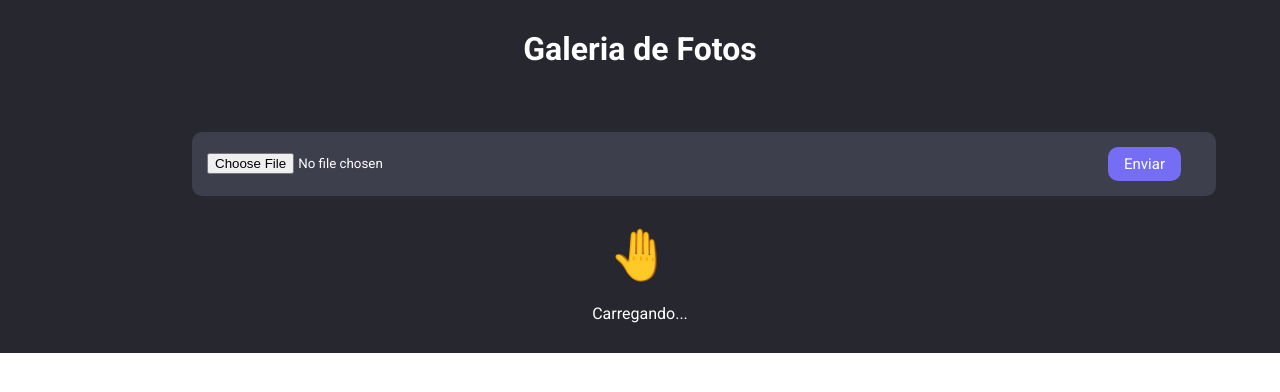
Repository: guilhermecardoso93/imagesapp
Page: /
These files come from the project's save history. The page is drawn as it stood at one moment and after the next save; the edit follows.
The browser window is 1280 px wide. The pictures show the whole page.
The page's requests for data from a server got no answer. The project was rebuilt for these pictures with package versions that can differ from the ones it lists, and the page was loaded fresh each time. No one was signed in, and anything a server would have sent is missing. Also part of the build but not shown: src/components/PhotoItem/styles.ts, src/components/PhotoItem/index.tsx.

Above is the page before, as saved 2022-11-14 20:12:29.

### public/index.html
<!DOCTYPE html>
<html lang="en">
  <head>
    <meta charset="utf-8" />
    <meta name="viewport" content="width=device-width, initial-scale=1" />
    <meta name="theme-color" content="#000000" />
    <meta
      name="description"
      content="Web site created using create-react-app"
      />
    <link rel="preconnect" href="https://fonts.googleapis.com">
    <link rel="preconnect" href="https://fonts.gstatic.com" crossorigin>
    <link
      href="https://fonts.googleapis.com/css2?family=Roboto:wght@400;500;700&display=swap"
      rel="stylesheet">
    <link rel="apple-touch-icon" href="%PUBLIC_URL%/logo192.png" />
    <!--
      manifest.json provides metadata used when your web app is installed on a
      user's mobile device or desktop. See https://developers.google.com/web/fundamentals/web-app-manifest/
    -->
    <link rel="manifest" href="%PUBLIC_URL%/manifest.json" />
    <!--
      Notice the use of %PUBLIC_URL% in the tags above.
      It will be replaced with the URL of the `public` folder during the build.
      Only files inside the `public` folder can be referenced from the HTML.

      Unlike "/favicon.ico" or "favicon.ico", "%PUBLIC_URL%/favicon.ico" will
      work correctly both with client-side routing and a non-root public URL.
      Learn how to configure a non-root public URL by running `npm run build`.
    -->
    <title>React App</title>
  </head>
  <body>
    <noscript>You need to enable JavaScript to run this app.</noscript>
    <div id="root"></div>
    <!--
      This HTML file is a template.
      If you open it directly in the browser, you will see an empty page.

      You can add webfonts, meta tags, or analytics to this file.
      The build step will place the bundled scripts into the <body> tag.

      To begin the development, run `npm start` or `yarn start`.
      To create a production bundle, use `npm run build` or `yarn build`.
    -->
  </body>
</html>

### src/index.tsx
import React from 'react';
import ReactDOM from 'react-dom/client';
import { App } from './App';
import reportWebVitals from './reportWebVitals';

import './global.css'

const root = ReactDOM.createRoot(
  document.getElementById('root') as HTMLElement
);
root.render(
  <React.StrictMode>
    <App />
  </React.StrictMode>
);

// If you want to start measuring performance in your app, pass a function
// to log results (for example: reportWebVitals(console.log))
// or send to an analytics endpoint. Learn more: https://bit.ly/CRA-vitals
reportWebVitals();

### src/App.tsx
import { FormEvent, useEffect, useState } from "react";
import { Area, Container, Header, ScreenWaring, PhotoList, UploadForm } from "./App.styles";
import { PhotoItem } from "./components/PhotoItem";
import * as Photos from "./services/photos";
import { PhotoTypes } from "./types/photoTypes";

export function App() {
  const [loading, setLoading] = useState(false);
  const [photos, setPhotos] = useState<PhotoTypes[]>([]);
  const [ uploading, setUploading ]  = useState(false);

  async function  handleFormSubmit(e :FormEvent<HTMLFormElement>) {
    e.preventDefault();

    const formData = new FormData(e.currentTarget);
    const file = formData.get('image') as File;
    if(file && file.size > 0 ) {
      setUploading(true)
      let result = await Photos.insert(file)
      setUploading(false)

      if(result instanceof Error ) {
        alert(`${result.name} ${result.message}`)
      } else {
        let newPhotoList = [...photos]
        newPhotoList.push(result)
        setPhotos(newPhotoList)
      }
    }

  }

  useEffect(() => {
    const getPhotos = async () => {
      setLoading(true);
      setPhotos(await Photos.getAll());
      setLoading(false);
    };
    getPhotos();
  }, []);

  return (
    <Container>
      <Area>
        <Header>Galeria de Fotos</Header>
        <UploadForm method="post" onSubmit={handleFormSubmit}>
          <input type='file' name='image'/>
          <input type='submit' value='Enviar'/>
        </UploadForm>

        {loading && (
          <ScreenWaring>
            <div className="emoji">🤚</div>
            <div>Carregando...</div>
          </ScreenWaring>
        )}
        {!loading && photos.length > 0 && (
          <PhotoList>
            {photos.map((photo) => (
              <PhotoItem key={photo.url} name={photo.name} url={photo.url} />
            ))}
          </PhotoList>
        )}
        {!loading && photos.length === 0 && (
          <ScreenWaring>
            <div className="emoji">🙃</div>
            <div>Não há fotos disponiveis...</div>
          </ScreenWaring>
        )}
      </Area>
    </Container>
  );
}

### src/global.css
* {
  box-sizing: border-box;
  margin: 0;
  padding: 0;

  font-family: 'Roboto', sans-serif;
}

### src/App.styles.ts
import styled from "styled-components";

export const Container = styled.div`
  background-color: #27282f;
  color: #fff;
  height: 100%;
`;
export const Area = styled.div`
  margin: auto;
  max-width: 80%;
  padding: 1.87rem 0;
`;

export const Header = styled.h1`
  text-align: center;
  margin-bottom: 2rem;
`;

export const ScreenWaring = styled.div`
  display: flex;
  flex-direction: column;
  align-items: center;
  justify-content: center;

  .emoji {
    font-size: 50px;
    margin-bottom: 20px;
  }
`;

export const PhotoList = styled.div`
  margin: auto;
  display: grid;
  grid-template-columns: 400px 400px 400px 400px;
  grid-template-rows: auto 1fr auto;
  gap: 10px;
`;

export const UploadForm = styled.form`
  display: flex;
  align-items: center;
  justify-content: space-between;
  width: 100%;
  margin: 4rem;
  background-color: #3d3f4d;
  padding: 15px;
  border-radius: 10px;
  margin-bottom: 30px;

  input[type="submit"] {
    background-color: #756df4;
    border: 0;
    color: #fff;
    padding: 8px 16px;
    font-size: 15px;
    border-radius: 10px;
    margin: 0 20px;
    cursor: pointer;
    transition: 0.2s;

    &:hover {
      opacity: 0.8;
    }
  }
`;

### src/services/photos.ts
import { ref, listAll, getDownloadURL, uploadBytes } from "firebase/storage";
import { storage } from "../libs/firebase";
import { PhotoTypes } from "../types/photoTypes";
import { v4 as createId } from "uuid";

export async function getAll() {
  let list: PhotoTypes[] = [];

  const galleryFolder = ref(storage, "gallery");
  const photoList = await listAll(galleryFolder);

  for (let i in photoList.items) {
    let photoUrl = await getDownloadURL(photoList.items[i]);

    list.push({
      name: photoList.items[i].name,
      url: photoUrl,
    });
  }

  return list;
}

export async function insert(file: File) {
  const typesOfImages = [
    "image/jpeg",
    "image/jpg",
    "image/png",
    "image/gif",
    "image/svg",
  ];

  if (typesOfImages.includes(file.type)) {
    let randomName = createId();
    let newFile = ref(storage, `gallery/${randomName}`);

    let upload = await uploadBytes(newFile, file);
    let photoUrl = await getDownloadURL(upload.ref);

    return {
      name: upload.ref.name,
      url: photoUrl,
    } as PhotoTypes;
  } else {
    return new Error("Tipo de Arquivo não permitido!");
  }
}

### src/libs/firebase.ts
import { initializeApp } from "firebase/app";
import { getStorage } from "firebase/storage";

const firebaseConfig = {
  apiKey: process.env.REACT_APP_FIREBASE_KEY,
  authDomain: process.env.REACT_APP_FIREBASE_AUTHDOMAIN,
  projectId: process.env.REACT_APP_FIREBASE_PROJECTID,
  storageBucket: process.env.REACT_APP_FIREBASE_STORAGEBUCKET,
  messagingSenderId: process.env.REACT_APP_FIREBASE_MESSEAGINGENDRID,
  appId: process.env.REACT_APP_FIREBASE_APPID,
  measurementId: process.env.REACT_APP_MEASUREMENTID,
};

const firebaseApp = initializeApp(firebaseConfig);
export const storage = getStorage(firebaseApp);

Loaded but not shown: src/reportWebVitals.ts (common file)

After the next save:
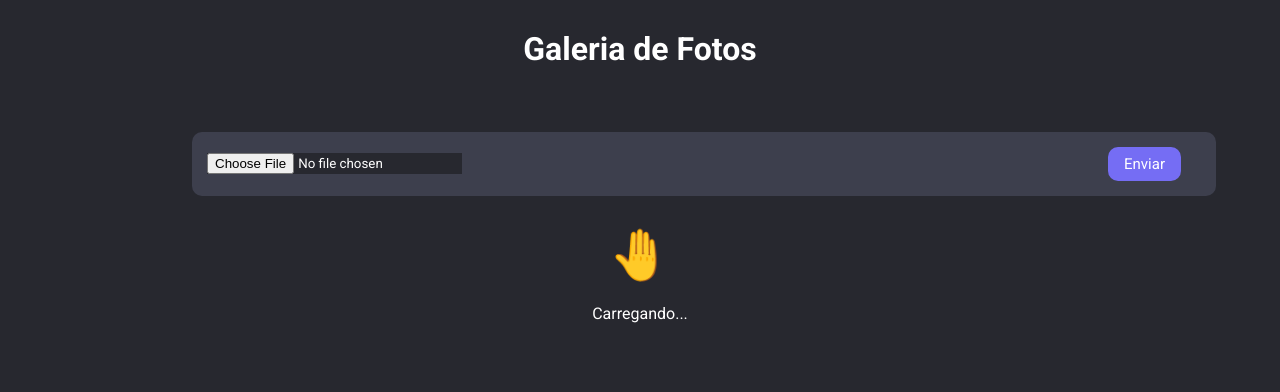
Saved 87 s later.
--- a/src/global.css
+++ b/src/global.css
@@ -4,4 +4,5 @@
   padding: 0;
 
   font-family: 'Roboto', sans-serif;
+  background-color: #27282f;
 }
